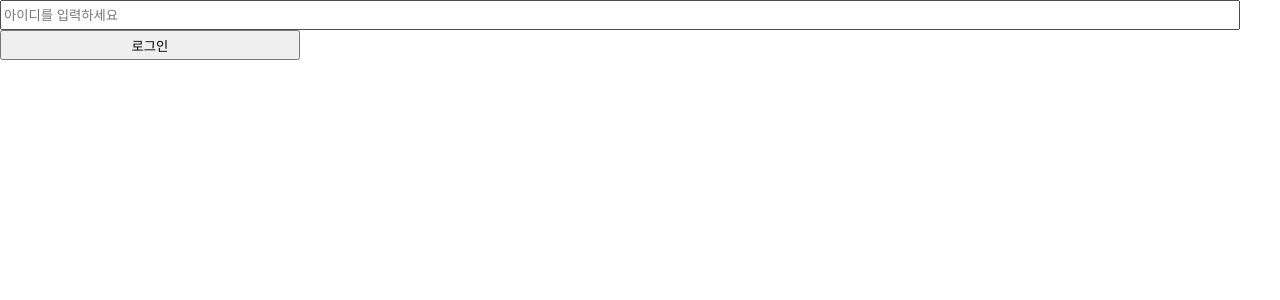
Repository: mekeyace/portfolio
Page: http://localhost/web/mobile.jsp
An editor plug-in stored every save of this project. The page is shown before and after the next save, followed by the edit.
The browser window is 1280 px wide. The pictures show the whole page.
The page is served by Tomcat 9.

Above is the page before, as saved 2023-06-22 06:05:40.

After the next save:
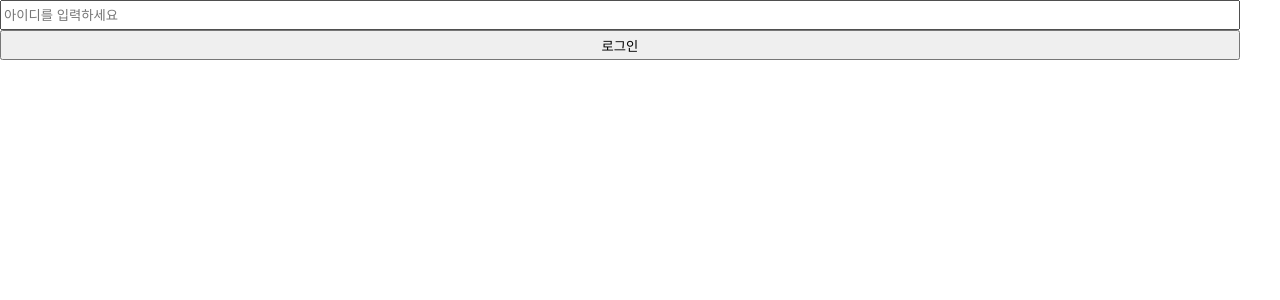
Saved 30 s later.
--- a/maven/web/src/main/webapp/mobile.jsp
+++ b/maven/web/src/main/webapp/mobile.jsp
@@ -21,7 +21,7 @@ height: 30px;
 box-sizing: border-box;
 }
 .btn{
-width:300px;
+width : calc(100% - 40px);
 height:30px;
 box-sizing: border-box;
 }
